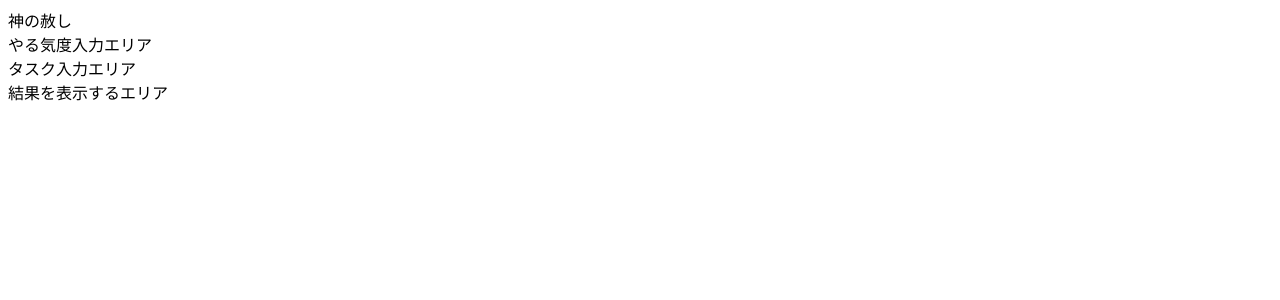
Repository: masa0306/god_forgiveness
Page: index.html
The author's editor kept a copy of each file at every save. The page is drawn from the files as they stood at one save, then again after the next save.
The browser window is 1280 px wide. The pictures show the whole page.

Above is the page before, as saved 2024-05-14 22:36:01.

After the next save:
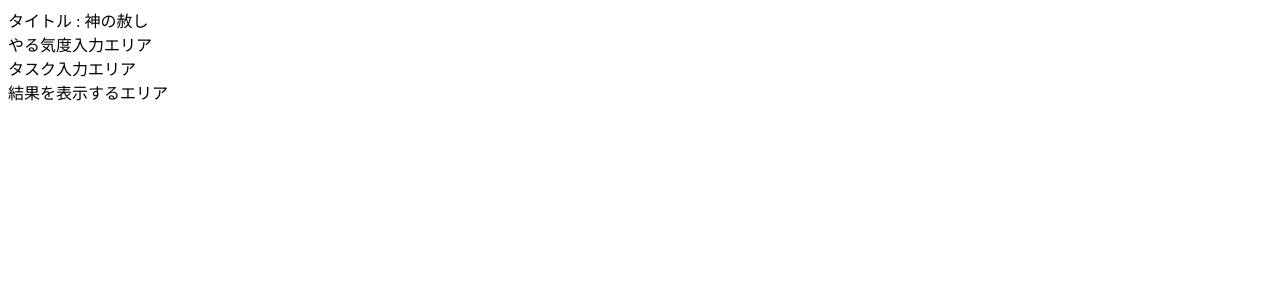
Saved 13 s later.
--- a/index.html
+++ b/index.html
@@ -7,7 +7,7 @@
 </head>
 <body>
     <!--  -->
-    <div>神の赦し</div>
+    <div>タイトル : 神の赦し</div>
     <div>やる気度入力エリア</div>
     <div>タスク入力エリア</div>
     <div>結果を表示するエリア</div>
